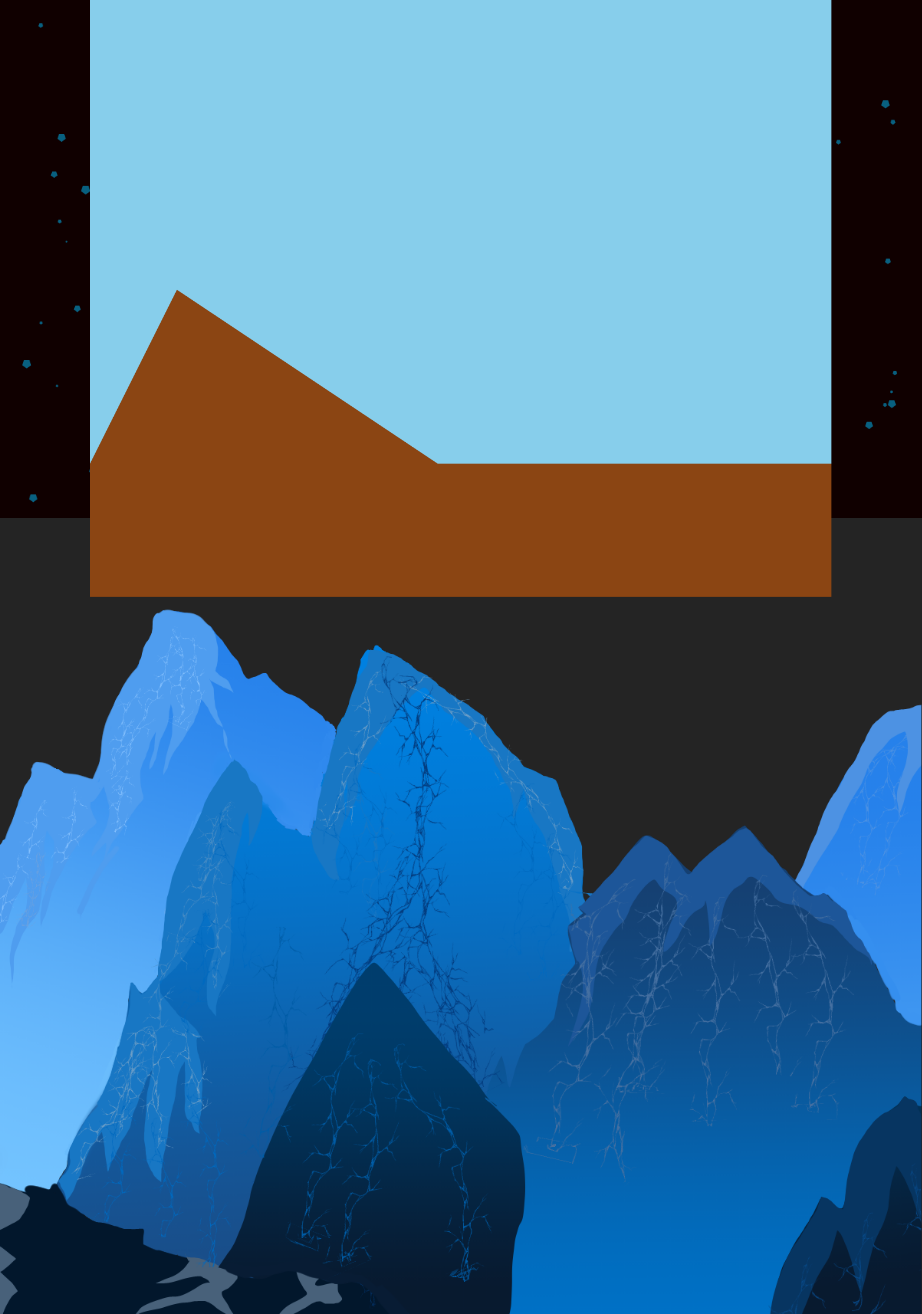
Repository: TMuse333/quantumDesigns
Page: /
The author's editor kept a copy of each file at every save. The page is drawn from the files as they stood at one save, then again after the next save.
The browser window is 1280 px wide. The pictures show the whole page, at 72% of full size.
The project was rebuilt for these pictures with package versions that can differ from the ones it lists, and the page was loaded fresh each time. Also part of the build but not shown: vite.config.js, src/styles/navbar.css, src/components/navbar.jsx, src/styles/work.css, src/components/skillDesc.js, src/components/work.jsx, src/styles/testimonial.css, src/components/testimonials.jsx and 31 more. Imported but missing from the stored project, and not drawn on this page: src/images/best_dunk.mp4.

Above is the page before, as saved 2024-01-26 11:06:19.

### index.html
<!doctype html>
<html lang="en">
  <head>
    <meta charset="UTF-8" />
    <link rel="icon" type="image/svg+xml" href="/vite.svg" />
    <link rel="preconnect" href="https://fonts.googleapis.com">
<link rel="preconnect" href="https://fonts.gstatic.com" crossorigin>
<link href="https://fonts.googleapis.com/css2?family=Noto+Sans+Linear+A&display=swap" rel="stylesheet" integrity="your-integrity-value" crossorigin="anonymous">

<link rel="preconnect" href="https://fonts.googleapis.com">
<link rel="preconnect" href="https://fonts.gstatic.com" crossorigin>
<link href="https://fonts.googleapis.com/css2?family=Noto+Sans+Linear+A&family=Open+Sans:ital@1&display=swap" rel="stylesheet">
<link rel="stylesheet" href="https://fonts.googleapis.com/css2?family=Roboto:wght@400;700&display=swap">


    <meta name="viewport" content="width=device-width, initial-scale=1.0" />
    <title>Vite + React</title>
  </head>
  <body>
    <div id="root"></div>
    <script type="module" src="/src/main.jsx"></script>
  </body>
</html>

### src/main.jsx
import './index.css'
import * as React from 'react';
import { StrictMode } from 'react';
import { createRoot } from 'react-dom/client';
import { BrowserRouter } from 'react-router-dom';

import App from './App';

const rootElement = document.getElementById('root');
const root = createRoot(rootElement);

root.render(
  <StrictMode>
    <BrowserRouter>
      <App />
    </BrowserRouter>
  </StrictMode>
);

### src/index.css
:root {
  font-family: Inter, system-ui, Avenir, Helvetica, Arial, sans-serif;
  line-height: 1.5;
  font-weight: 400;

  color-scheme: light dark;
  color: rgba(255, 255, 255, 0.87);
  background-color: #242424;

  font-synthesis: none;
  text-rendering: optimizeLegibility;
  -webkit-font-smoothing: antialiased;
  -moz-osx-font-smoothing: grayscale;
}



html{
  overflow-x: hidden;
}

a {
  font-weight: 500;
color:white;
  text-decoration: inherit;
}
a:hover {

}

body {
  margin: 0;
  padding:0;
  display: flex;
  place-items: center;

  overflow-x: hidden;
}

h1 {
  font-size: 3.2em;
  line-height: 1.1;
}

button {
  border-radius: 8px;
  border: 1px solid transparent;
  padding: 0.6em 1.2em;
  font-size: 1em;
  font-weight: 500;
  font-family: inherit;
  background-color: #1a1a1a;
  cursor: pointer;
  transition: border-color 0.25s;
}
button:hover {

}
button:focus,
button:focus-visible {
  outline: 4px auto -webkit-focus-ring-color;
}

### src/App.jsx
import { useState } from 'react'
import { Link } from 'react-router-dom'



import './App.css'
import Navbar from './components/navbar'
import Layout from './components/layout'
import Testimonials from "./components/testimonials";
import {
  BrowserRouter as Router,

  Route, Routes

} from "react-router-dom";

import Booking from './components/booking'

import Portfolio from './components/portfolio'
import Overview from './components/overview'
import Services from './components/services'
import ServiceOverview from './components/serviceOverview'
import ParallaxLayout from './components/paralax'
import Layout2 from './components/layout2'
import Tenets from './components/tenets'
import Infographic from './components/infographic'
import Layout3 from './components/layout3'
function App() {
  const [count, setCount] = useState(0)



  return (
    <>

    <Routes>

      <Route path='/'
      // element={<Layout/>}
      element={<Layout3/>}

      />

      <Route path='tenets'

      element={<ParallaxLayout/>}
      >

      </Route>

      <Route path='booking' element={<Booking/>}>

      </Route>

      <Route path='about'
      element={<Overview/>}
      // element={<About/>}
      >

      </Route>

      <Route path='portfolio'
       element={<Portfolio/>}></Route>

       <Route path='react'
      //  element={<ServiceOverview/>}
      element={<Infographic/>}
       >

       </Route>


    </Routes>




     </>
  )
}

export default App

### src/App.css
#root {
  max-width: 1280px;
  margin: 0 auto;

  text-align: center;
}

:root{
  /* --primary-color:rgb(5, 23, 111); */
  --tag-color:rgb(10, 9, 17);
  --primary-color:rgb(13, 18, 22);
}

.sphere{
width:min-content;

z-index: 1;
position: relative;
margin-left: auto;
margin-right: auto;

}





@keyframes fallAnimation {
  0% {
    background-position: 0% 0%;
  }

  /* 50%{
    background-position: 0% 50%;
  } */

  100% {
    background-position: 0% 100%;
  }
}

#particles{
  z-index: -1 !important;

 }

 .layout3{
  width:100vw;
  position: absolute;
  left:0;
  overflow-x: hidden;
 }



.laut{
  width:100vw;

  /* height:100vh; */
  /* height:2000px; */

  position: absolute;
  left:0;
  /* top:0; */
/* background-image: url(src/images/quantum-realm.png); */
/* background-size: cover; */
  /* overflow-x: hidden; */
  padding: 0;
z-index: 13;
/* margin-top: -1rem; */





}

.gif-nation img{
  position: relative;
  z-index: 2;
  height:110vh;
  display: none;
}



@keyframes floatAnimation {
  0% {
    transform: translateY(0);
  }
  50% {
    transform: translateY(-5px);
  }
  100% {
    transform: translateY(0);
  }
}





@keyframes moveBackground {
  0% {
    background-position: 0% 0%;
  }

  50%{
    background-position: 50% 0%;
  }

  100% {
    background-position: 0% 0%;
  }
}



.parallax-layout{
  width:100vw;
  text-align: center;
margin-right: auto;
margin-left: auto;

background-image: url(src/images/sandy-bg.png);

  /* overflow: hidden; */
}

.before-title-text{
 font-weight: bold;
 margin-bottom: -0.5rem;
}

.bold-700{
  font-weight: 700;
}

.title-text{
  /* width:100vw; */
  /* font-weight: 350; */
  font-size: 2.1rem;
  margin-bottom: 1rem;
  font-family: 'spartan',sans-serif;
  color:#cfd0d0;

}

.description-text{
  padding: 0 15px 0 15px;
    font-family: 'Palatino Sans', 'Palatino Sans Informal', 'Palatino Sans Text', 'Palatino Sans W1G', 'Palatino Sans W01', sans-serif;
font-weight: 500;
font-size: 20px;
color:#cfd0d0

}

.button {
  display: inline-block;
  padding: 12px 24px;
  font-size: 16px;
  font-weight: bold;
  text-align: center;
  text-decoration: none;
  cursor: pointer;
  border: 2px solid #00bfff; /* Quantum blue color */
  color: #00bfff;
  background-color: transparent;
  border-radius: 8px;
  transition: background-color 0.3s ease, color 0.3s ease;
  width:max-content;
  margin-left: auto;
  margin-right: auto;
  margin-bottom: 3rem;
}

.button:hover {
  background-color: #00bfff; /* Quantum blue color on hover */
  color: #FFF; /* White text on hover */
}

.image-text-box {

  width:100vw;
}

.homepage-img{
  width:300px;
}

@media screen and (min-width:655px){
  /* .layout{
    height:100vh;
  } */
}

@media screen and (min-width: 865px)  {
  .image-text-box{
   margin-left: auto;
   margin-right: auto;
          display: grid;
          /* background-color: #00bfff; */
          width:90vw;
          max-width: 900px;
          grid-template-columns: 1fr 1fr; /* Two columns with equal width */
      gap:3rem;





  }



  .image-text-box img{


  }

  .homepage-img{
    width:50vw;
    max-width: 570px;
  }

  .image-text-box p{
    width:40vw;
    max-width: 350px;
    display: block;
    margin-block-start: 0em;
    margin-block-end: 1em;
    margin-inline-start: -1em;
    margin-inline-end: 0px;
    /* width:100%; */


  }

  .title-text{
    font-size: 2rem;
  }
}

### src/components/layout3.jsx
import React from "react";
import Content from "./content";
import ParticlesComponent from "./particles";
import { content1 } from "../componentData/data";
import { content2 } from "../componentData/data";
import Hero3 from "./herobanner3";
import MountainCanvas from "./mountain";

const Layout3 = () => {


    return (
        <>
        <ParticlesComponent/>
        <div className="layout3">
            <MountainCanvas/>
            <Hero3/>
            {/* <Content
            {...content1}/> */}
        </div>
        </>
    )
}


export default Layout3

### src/components/herobanner3.jsx
import React from "react";
import Sphere from "./sphere";
import '../styles/hero3.css'
import bg from '../images/no-bg-mountain.png'

const Hero3 = () => {


    return (
        <div className="hero3-container">
         <img src={bg}
        //  style={{
        //     height:'500px'
        //  }}
        />
        </div>
    )
}


export default Hero3

### src/components/particles.jsx
import { useEffect, useMemo, useState } from "react";
import Particles, { initParticlesEngine } from "@tsparticles/react";
import { loadSlim } from "@tsparticles/slim";

const ParticlesComponent = () => {
  const [init, setInit] = useState(false);

  useEffect(() => {
    initParticlesEngine(async (engine) => {
      await loadSlim(engine);
    }).then(() => {
      setInit(true);
    });
  }, []);

  const particlesLoaded = (container) => {
    console.log(container);
  };

  const options = useMemo(
    () => ({

      fullScreen:{
        enable:true,
        // width:'300px'

      },




      background: {
        color: {
          value: "#100000",
        },

      },
      fpsLimit: 120,
      interactivity: {
        events: {
          onClick: {
            enable: true,
            mode: "push",
          },
          onHover: {
            enable: true,
            mode: "grab",
          },
        },
        modes: {
          push: {
            quantity: 4,
          },
          repulse: {
            distance: 15,
            duration: 0.4,
          },
        },
      },
      particles: {
        color: {
          value: "#00bfff",
        },
        links: {
          color: "#ffffff",
          distance: 150,
          enable: false,
          opacity: 0.5,
          width: 1,
        },
        move: {
          direction: "random",
          enable: true,
          outModes: {
            default: "bounce",
          },
          random: false,
          speed: 0.1,
          straight: false,
          attract: {
            enable: true,
            rotateX: 600,
            rotateY: 1200,
          },
          trails:true,
        },
        number: {
          density: {
            enable: true,
          },
          value: 200,
        },
        opacity: {
          value: 0.5,
        },
        shape: {
          type: "polygon",
        },
        size: {
          value: { min: 1, max: 5 },
        },
      },
      detectRetina: false,
    }),
    []
  );

  if (init) {
    return (
      <>


      <Particles
        id="particles"
        particlesLoaded={particlesLoaded}
        options={options}
        style={{

      }}
      />
        </>
    );
  }

  return <></>;
};

export default ParticlesComponent;

### src/components/mountain.jsx
import React, { useEffect, useRef } from 'react';

const MountainCanvas = () => {
  const canvasRef = useRef(null);

  useEffect(() => {
    const canvas = canvasRef.current;
    const ctx = canvas.getContext('2d');

    // Draw the sky
    ctx.fillStyle = '#87CEEB'; // Sky Blue
    ctx.fillRect(0, 0, canvas.width, canvas.height);

    // Draw the mountain
    ctx.fillStyle = '#8B4513'; // Saddle Brown
    ctx.beginPath();
    ctx.moveTo(0, canvas.height);
    ctx.lineTo(0, 800); // Adjusted mountain height to 800
    ctx.lineTo(150, 500);
    ctx.lineTo(600, 800);
    ctx.lineTo(canvas.width, 800);
    ctx.lineTo(canvas.width, canvas.height);
    ctx.closePath();
    ctx.fill();

    // You can add more details, like snow on the mountain or other elements

  }, []);

  return (
  <canvas
  ref={canvasRef}
  height={1030}
  width={window.innerWidth} // Set the width to the window's inner width
  style={{ width: '100%', maxWidth: '1030px' }}
/>
  )
};

export default MountainCanvas;

### src/styles/hero3.css
.hero3-container{
    /* margin-top: 5rem; */




  background-size: auto 1150px;
  background-position: 50% 30%;
  background-image: url(src/images/no-bg-mountain.png);
  height:1150px;
  position: relative;
margin-top: -10rem;


}


.hero3-container img{
    display: none;

    /* object-fit: cover;
    height:500px;
    width:100vw; */
    /* transform: scale(0.5); */
    /* height:80vw; */
    position: absolute;
    top:-25rem;
    left:0;
}




@media screen and (min-width:655px){
    .hero3-container{
        /* background-position: 50% 50%;  */
    }
}

Loaded but not shown: src/componentData/data.js (344 lines, source omitted)

After the next save:
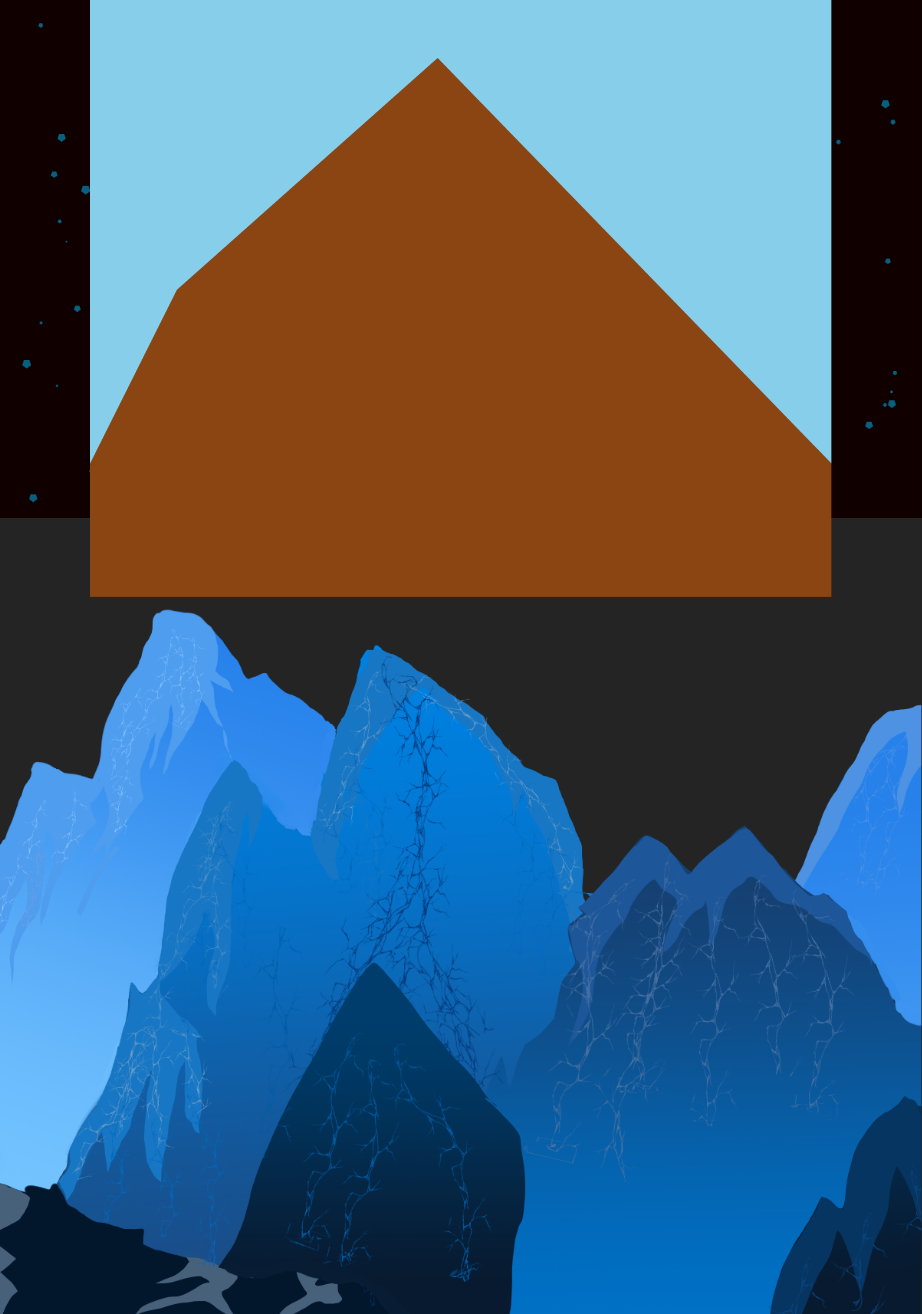
Saved 5 s later.
--- a/src/components/mountain.jsx
+++ b/src/components/mountain.jsx
@@ -17,7 +17,7 @@
     ctx.moveTo(0, canvas.height);
     ctx.lineTo(0, 800); // Adjusted mountain height to 800
     ctx.lineTo(150, 500);
-    ctx.lineTo(600, 800);
+    ctx.lineTo(600, 100);
     ctx.lineTo(canvas.width, 800);
     ctx.lineTo(canvas.width, canvas.height);
     ctx.closePath();
